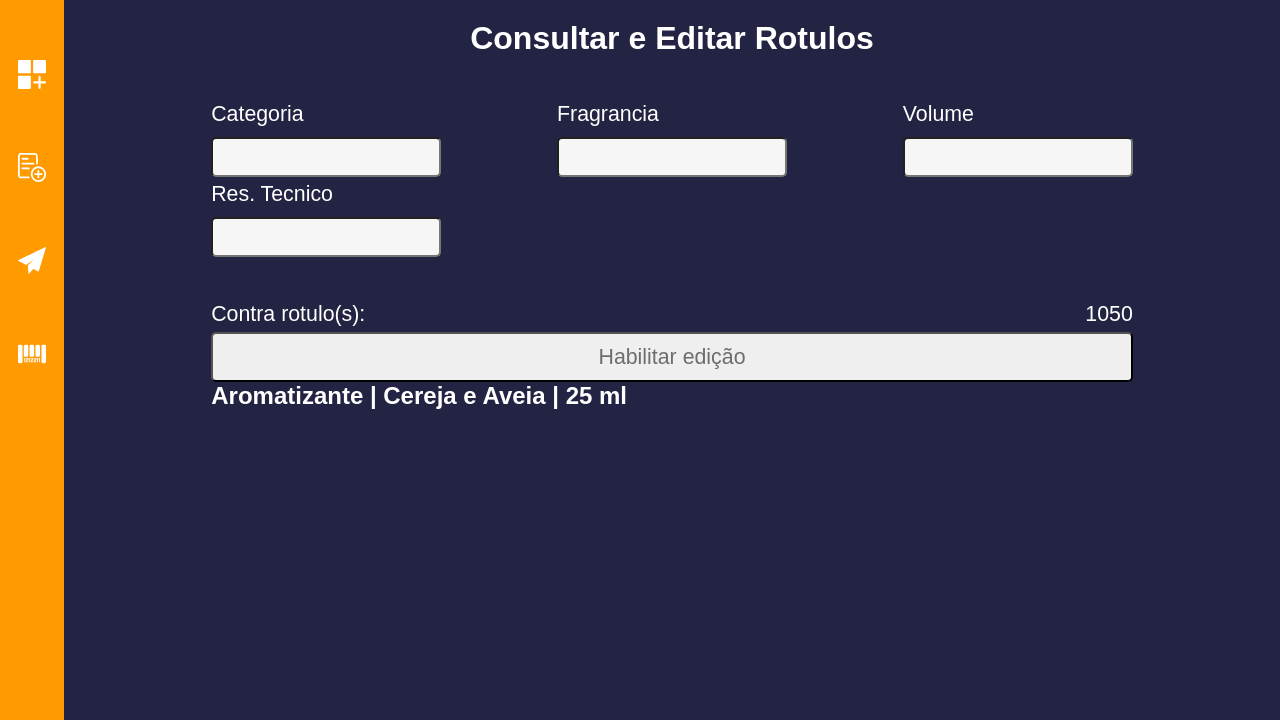
Repository: jeanjanrley/Organizador-de-rotulos
Page: /consultar
The author's editor kept a copy of each file at every save. The page is drawn from the files as they stood at one save, then again after a run of saves.
The browser window is 1280 px wide. The pictures show the whole page.
The project was rebuilt for these pictures with package versions that can differ from the ones it lists, and the page was loaded fresh each time. Also part of the build but not shown: src/pages/home/Home.js.

Above is the page before, as saved 2021-06-26 16:00:50.

### src/index.js
import React from 'react';
import ReactDOM from 'react-dom';
import App from './App';
import reportWebVitals from './reportWebVitals';



ReactDOM.render(
  <React.StrictMode>
    <App />
  </React.StrictMode>,
  document.getElementById('root')
);
reportWebVitals();

### src/App.js
import {BrowserRouter, Route, Switch} from 'react-router-dom'
import './styles/global.scss'

import Home from './pages/home/Home'
import Consultar from './pages/consultar/index'

function App() {
  return (
    <BrowserRouter>
        <Switch>
          <Route path={'/'} exact component={Home}/>
          <Route path={'/consultar'}  component={Consultar}/>
        </Switch>
    </BrowserRouter>
  );
}

export default App;

### src/styles/global.scss
*{
    margin: 0;
    padding: 0;
    box-sizing: border-box;
    font-family: 'Poppins', sans-serif;
}

body{
    background: #232443;

}

.Page{
    display: flex;
}


h1, h2, h3, h4, h5, h6, p, span{
    color: #fff;
}

input{
    color: rgb(92, 92, 92);
}

a{
    text-decoration: none;
    color: #fff;
    font-size: 16pt;
}



main{
    display: flex;
    flex-direction: column;
    width: 95vw;
    height: 100%;
    justify-content: center;
    justify-items: center;
    align-content: center;
    align-items: center;

}

### src/pages/consultar/index.js
import React from 'react';
import Aside from '../../components/aside/index'
import Filter from '../../components/filter/index'
import Rotulo from '../../components/rotulo/index'

import '../home/styles.scss'


export default function Home(){
    return(
        <div className="Page">
            <Aside/>
            <main className="Home">

                <h1>Consultar e Editar Rotulos</h1>
                <div className="filterArea">
                    <Filter title="Categoria"/>
                    <Filter title="Fragrancia"/>
                    <Filter title="Volume"/>
                    <Filter title="Res. Tecnico"/>
                </div>

                <div className="contra-rotulo">
                    <div className="contra-rotulo-count">
                        <span>Contra rotulo(s):</span>
                        <span>{50+1000}</span>
                    </div>
                    <div className="contra-rotulo-area">
                        <button className="edicao">Habilitar edição</button>
                        <Rotulo/>
                    </div>
                </div>


            </main>
        </div>
    )
}

### src/components/aside/index.js
import React from 'react'
import {Link} from 'react-router-dom'
import './styles.scss'
import add from '../../assets/icons/add.svg'
import prancher from '../../assets/icons/prancher.svg'
import direct from '../../assets/icons/direct.svg'
import codigo from '../../assets/icons/codigo.svg'

export default function Aside() {
    return(
        <aside>
            <div className="add">
                    <img src={add} />
                <Link className="Link" to={'/'}>
                    N-R
                </Link>
                <Link className="Link" to={'/Consultar'}>
                    C-E
                </Link>
            </div>
            <div className="prancher">
                    <img src={prancher} />
                <Link className="Link" to={'/Home'}>
                    N-R
                </Link>
                <Link className="Link" to={'/Home'}>
                    C-E
                </Link>
            </div>
            <div className="direct">
                    <img src={direct} />
                <Link className="Link" to={'/Home'}>
                    N-R
                </Link>
                <Link className="Link" to={'/Home'}>
                    C-E
                </Link>
            </div>
            <div className="codigo">
                    <img src={codigo} />
                <Link className="Link" to={'/Home'}>
                    N-R
                </Link>
                <Link className="Link" to={'/Home'}>
                    C-E
                </Link>
            </div>
        </aside>
    )
}

### src/components/filter/index.js
import React from 'react'
import './styles.scss'

export default function(props){
    return(
        <div className="filter">
            <span>{props.title}</span>
            <input list={props.id} name={props.id} id={props.id}/>
            <datalist id={props.id}>
                <option value={props.value}/>
             </datalist>
        </div>
    )
}

### src/pages/home/styles.scss
.Home{
    padding-top: 20px;
    gap: 45px;

    .filterArea{
        display: flex;
        flex-wrap: wrap;
        flex-direction: row;
        justify-content: space-between;
        gap: 5px;
        width: 72vw;

    }

    .contra-rotulo{
        display: flex;
        flex-direction: column;
        align-items: left;
        justify-content: left;
        gap: 5px;

        .contra-rotulo-count{
            display: flex;
            width: 72vw;
            justify-content: space-between;
        }

        .filter-rotulo{
            width: 72vw;
            height: 35px;
            border-radius: 5px;

        }

        span {
            font-size: 16pt;
        }

        > textarea{
            width: 72vw;
            resize: vertical;
            min-height: 25vh;
            border-radius: 10px;

        }

        button{
            height: 50px;
            width: 72vw;
            border-radius: 5px;
            font-size: 16pt;
            color: #6D6D6D;
        }
    }
}

### src/components/rotulo/index.js
import React from 'react'

export default function Rotulo(props){
    return(
        <div className="rotulo">
            <h2>Aromatizante | Cereja e Aveia | 25 ml</h2>
        </div>
    )
}

### src/components/aside/styles.scss
aside{
    padding-top: 50px;
    display: flex;
    flex-direction: column;

    align-items: center;
    justify-content: baseline;

    width: 5vw;
    height: 100vh;
    background: #FF9A00;

    > div{
        display: flex;
        flex-direction: column;
        align-items: center;
        width: 100%;
        margin-bottom: 30px;
        padding: 10px 0;
        transition: 0.5s;
        gap: 10px;



        img{
            width: 4vh;
            height: 4vh;
            margin-bottom: 2vh;
        }
        .Link{
            display: none,

        }
    }

    > div:hover{
        display: flex;
        flex-direction: column;
        align-items: center;
        width: 100%;
        margin-bottom: 40px;
        background: #CC7B00;
        padding: 10px 0;


        img{
            width: 4vh;
            height: 4vh;
            margin-bottom: 2vh;
        }
        .Link{
            display: flex;
        }
    }
}

### src/components/filter/styles.scss
.filter{
    display: flex;
    flex-direction: column;
    justify-items: left;
    gap: 10px;

    > span{
        font-size: 16pt;

    }

    > input {
        width: 230px;
        height: 40px;
        border-radius: 5px;
        background: #F6F6F6;
    }
}

Loaded but not shown: src/reportWebVitals.js (common file)

After the next 7 saves:
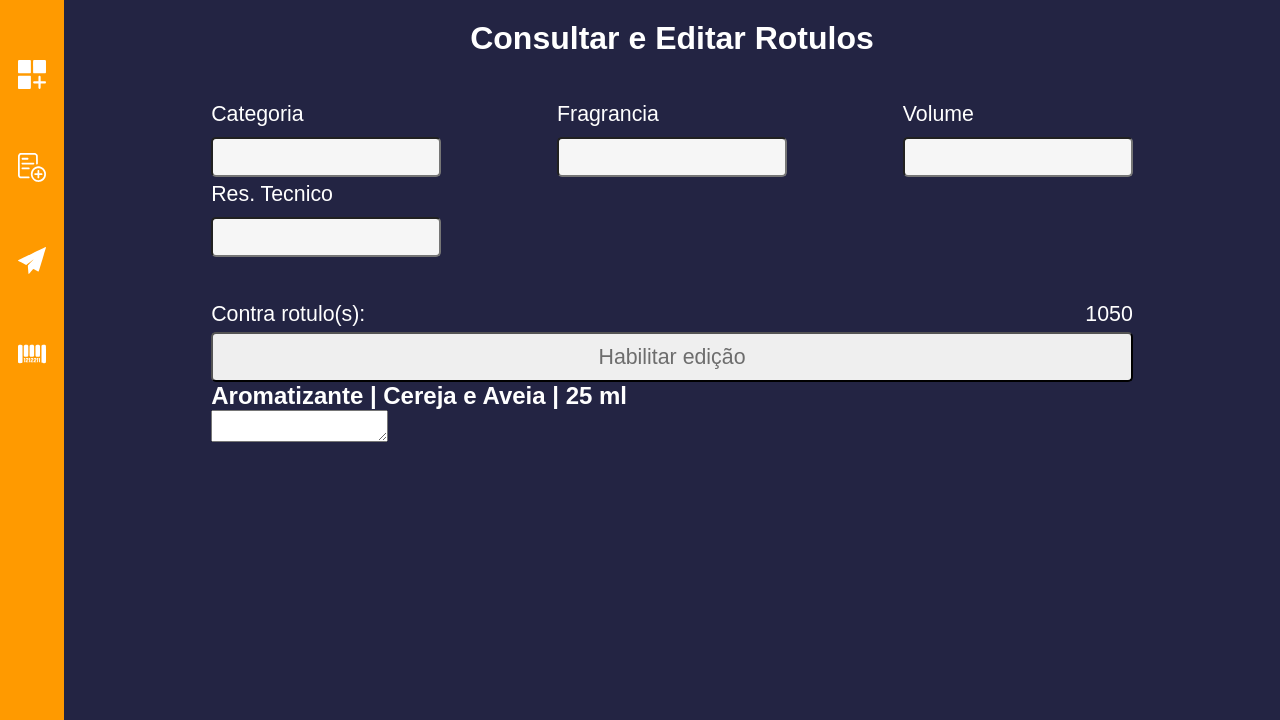
The 7 saves are shown as one change because 2 did not build or start and some came seconds apart.
The last was saved 54 s later.
--- a/src/components/rotulo/index.js
+++ b/src/components/rotulo/index.js
@@ -4,6 +4,9 @@ export default function Rotulo(props){
     return(
         <div className="rotulo">
             <h2>Aromatizante | Cereja e Aveia | 25 ml</h2>
+            <div>
+                <textarea/>
+            </div>
         </div>
     )
 }
